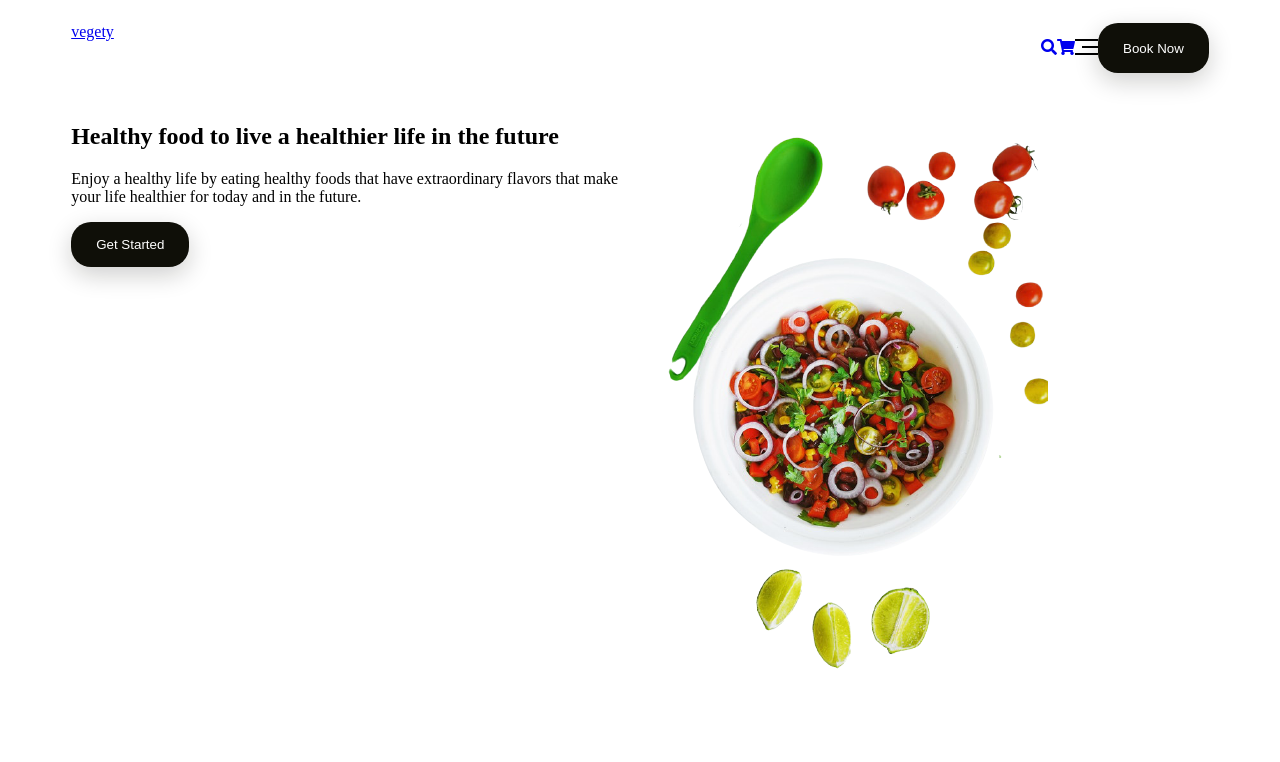
Repository: latenightsnacc/HTML-LESSONS
Page: WEB-DESIGN-2/PROJECTS/vegety-restaurant/index.html
These files come from the project's save history. The page is drawn as it stood at one moment and after the next save; the edit follows.
The browser window is 1280 px wide. The pictures show the part of the page from y = 0 to 762 px (the page is 1992 px tall before and 1839 px after).
A picture or video elsewhere on the page could not be fetched, so the positions and the page height are approximate.

Above is the page before, as saved 2021-07-15 15:30:37.

### WEB-DESIGN-2/PROJECTS/vegety-restaurant/index.html
<!DOCTYPE html>
<html lang="en">
<head>
    <meta charset="UTF-8">
    <meta http-equiv="X-UA-Compatible" content="IE=edge">
    <meta name="viewport" content="width=device-width, initial-scale=1.0">
    <!--Google Font: Noto Sans JP (w: 100,300, 500)-->
    <!--Font Awesome 5 CDN-->
    <link rel="stylesheet" href="https://cdnjs.cloudflare.com/ajax/libs/font-awesome/5.15.3/css/all.min.css" integrity="sha512-iBBXm8fW90+nuLcSKlbmrPcLa0OT92xO1BIsZ+ywDWZCvqsWgccV3gFoRBv0z+8dLJgyAHIhR35VZc2oM/gI1w==" crossorigin="anonymous" referrerpolicy="no-referrer" />
    <!--Custom CSS Stylesheet-->
    <link rel="stylesheet" href="stylesheets/stylesheet.css">
    <!--Page Title-->
    <title>Welcome to Vegety - Vegety Restaurant</title>
</head>
<body>
    <!--Header-->
    <header class="container">
        <!--Navigation Bar-->
        <nav class="nav-flex">
            <!--Logo-->
            <a href="index.html" class="logo">
                <div>vegety</div>
            </a>
            <!--Menu-->
            <div class="nav-menu">
                <!--Icon Menu-->
                <ul class="icon-menu">
                    <!--Search Icon-->
                    <li>
                        <a href="#">
                            <i class="fas fa-search"></i>
                        </a>
                    </li>
                    <!--Cart Icon-->
                    <li>
                        <a href="#">
                            <i class="fas fa-shopping-cart"></i>
                        </a>
                    </li>
                    <!--Menu Icon-->
                    <li>
                        <a href="#">
                            <div class="menu-icon">
                                <span class="longBar"></span>
                                <span class="shortBar"></span>
                                <span class="longBar"></span>
                            </div>
                        </a>
                    </li>

                </ul>
                <!--Booking Button-->
                <button class="btn navbar-btn">
                    book now
                </button>
            </div>
        </nav>
    </header>

    <!--Banner Section-->
    <section class="container">
        <!--Layout Row-->
        <div class="row">
            <!--Text Content-->
            <div class="col">
                <div class="textContent">
                    <!--H1 TEXT-->
                    <h1>Healthy food to live a healthier life in the future</h1>
                    <!--Intro Text-->
                    <p>Enjoy a healthy life by eating healthy foods that have extraordinary flavors that make your life healthier for today and in the future.</p>
                </div>
                <!--Get Started Button-->
                <button class="btn">get started</button>
            </div>
            <!--Image-->
            <div class="col">
                <div class="image">
                    <img src="assets/images/vegety-salad.png" alt="An image of Vegety Salad." title="Photo by Olenka Sergienko from Pexels">
                </div>
            </div>


        </div>
    </section>
    <!--Our Special Dish Section-->
    <section class="container">
        <!--Section Title-->
        <div class="center">
            <h2 class="section-title">our special dish</h2>
            <span class="section-subtitle">
                made with premium ingredients.
            </span>
        </div>
        <!--Section Content-->
        <div class="row">
            <!--Green Salad-->
            <div class="col">
                <div class="card">
                    <div class="card-img">
                        <a href="#">
                            <img src="assets/images/" alt="Vegety Green Salad">
                        </a>
                    </div>
                </div>
            </div>
            <!--Beef Salad-->
            <div class="col">
                <div class="card">
                    <div class="card-img">
                        <a href="#">
                            <img src="assets/images/" alt="Vegety Beef Salad">
                        </a>
                    </div>
                </div>
            </div>
            <!--Nut Salad-->
            <div class="col">
                <div class="card">
                    <div class="card-img">
                        <a href="#">
                            <img src="assets/images/" alt="Vegety Nut Salad">
                        </a>
                    </div>
                </div>
            </div>
        </div>
    </section>
    <!--Fresh Vegetables Everyday Section-->
    <section class="container">
        <!--Section Content-->
        <div class="row">
            <!--Image-->
            <div class="col">
                <img src="" alt="Lettuce">
            </div>
            <!--TextContent-->
            <div class="col">
                <!--Section Title-->
                <h2 class="section-title">fresh vegetables every day</h2>
                <!--Summary Text-->
                <p class="summary-text">we present various types of fresh vegetables and taken directly from the farmer's garden especially for you.</p>
                <!--Learn More Button-->
                <button class="btn">learn more</button>
            </div>
        </div>
    </section>
    <!--Our Popular Menu Section-->
    <section class="container">
        <!--Section Title-->
        <div class="center">
            <h2 class="section-title">our popular menu</h2>
            <span class="section-subtitle">
                made with premium ingredients.
            </span>
        </div>
        <!--Section Content-->
        <div class="row">
            <!--Chicken Salad with Avocado Toast-->
            <div class="col">
                <div class="menu-card">
                    <!--Image-->
                    <div class="menu-cardImg">
                        <span class="rating">
                            <i class="fas fa-star"></i> 4.5
                        </span>
                        <a href="#">
                            <img src="assets/images/" alt="Vegety Green Salad">
                        </a>
                    </div>
                    <!--Details-->
                    <div class="menu-cardDetails">
                        <!--Menu Card Title-->
                        <div class="menu-cardTitle">chicken salad with avocado toast</div>
                        <!--Menu Card Price-->
                        <div class="menu-cardPrice">
                            &dollar;10.50
                        </div>
                    </div>
                </div>
            </div>
            <!--Chicken Salad with Avocado Toast-->
            <div class="col">
                <div class="menu-card">
                    <!--Image-->
                    <div class="menu-cardImg">
                        <span class="rating">
                            <i class="fas fa-star"></i> 4.5
                        </span>
                        <a href="#">
                            <img src="assets/images/" alt="Vegety Green Salad">
                        </a>
                    </div>
                    <!--Details-->
                    <div class="menu-cardDetails">
                        <!--Menu Card Title-->
                        <div class="menu-cardTitle">chicken salad with avocado toast</div>
                        <!--Menu Card Price-->
                        <div class="menu-cardPrice">
                            &dollar;10.50
                        </div>
                    </div>
                </div>
            </div>
            <!--Chicken Salad with Avocado Toast-->
            <div class="col">
                <div class="menu-card">
                    <!--Image-->
                    <div class="menu-cardImg">
                        <span class="rating">
                            <i class="fas fa-star"></i> 4.5
                        </span>
                        <a href="#">
                            <img src="assets/images/" alt="Vegety Green Salad">
                        </a>
                    </div>
                    <!--Details-->
                    <div class="menu-cardDetails">
                        <!--Menu Card Title-->
                        <div class="menu-cardTitle">chicken salad with avocado toast</div>
                        <!--Menu Card Price-->
                        <div class="menu-cardPrice">
                            &dollar;10.50
                        </div>
                    </div>
                </div>
            </div>
        </div>
        <!--Load more button-->
        <div class="center">
            <button class="btn">load more menu</button>
        </div>
    </section>
    <!--Chef Section-->
    <section class="container"></section>
    <!--Testimonial Section-->
    <section class="container"></section>
    <!--Newsletter Section-->
    <section class="container"></section>
    <!--Footer-->
    <footer class="container"></footer>
</body>
</html>

### WEB-DESIGN-2/PROJECTS/vegety-restaurant/stylesheets/stylesheet.css

:root {
    --btn-bg-color: #0f0f08;
    --page-bg-color: #f7faf8;
    --primary-color: #58917c;
    --grey: #ababab;
    --white: #fff;
    --boxShadow:  rgba(15, 15, 8, 0.2) 0px 8px 24px;
}
.container {
    padding: 15px 5%;
    margin: auto;
}

/* Display Flex */
.nav-flex, .nav-menu, .icon-menu, .menu-icon, .row {
    display: flex;
}

/* Navigation Bar */
.nav-flex {
    justify-content: space-between;
}

/* Icon Menu */
.icon-menu {
    list-style: none;
}

/* Menu Icon */
.menu-icon {
    flex-direction: column;
    align-items: flex-end;
}
.menu-icon  .longBar, .menu-icon  .shortBar {
    border: 1px solid black;
}
.menu-icon  .longBar {
    width: 21px;

}
.menu-icon  .shortBar {
    width: 14px;
    margin: 5px 0px;
}

/* Rows and Columns */
.col {
    flex: 1;
}

/* Buttons  */
.btn {
    padding: 15px 25px;
    background-color: var(--btn-bg-color);
    color: var(--white);
    text-transform: capitalize;
    border: none;
    border-radius: 20px;
    box-shadow: var(--boxShadow);

}

After the next save:
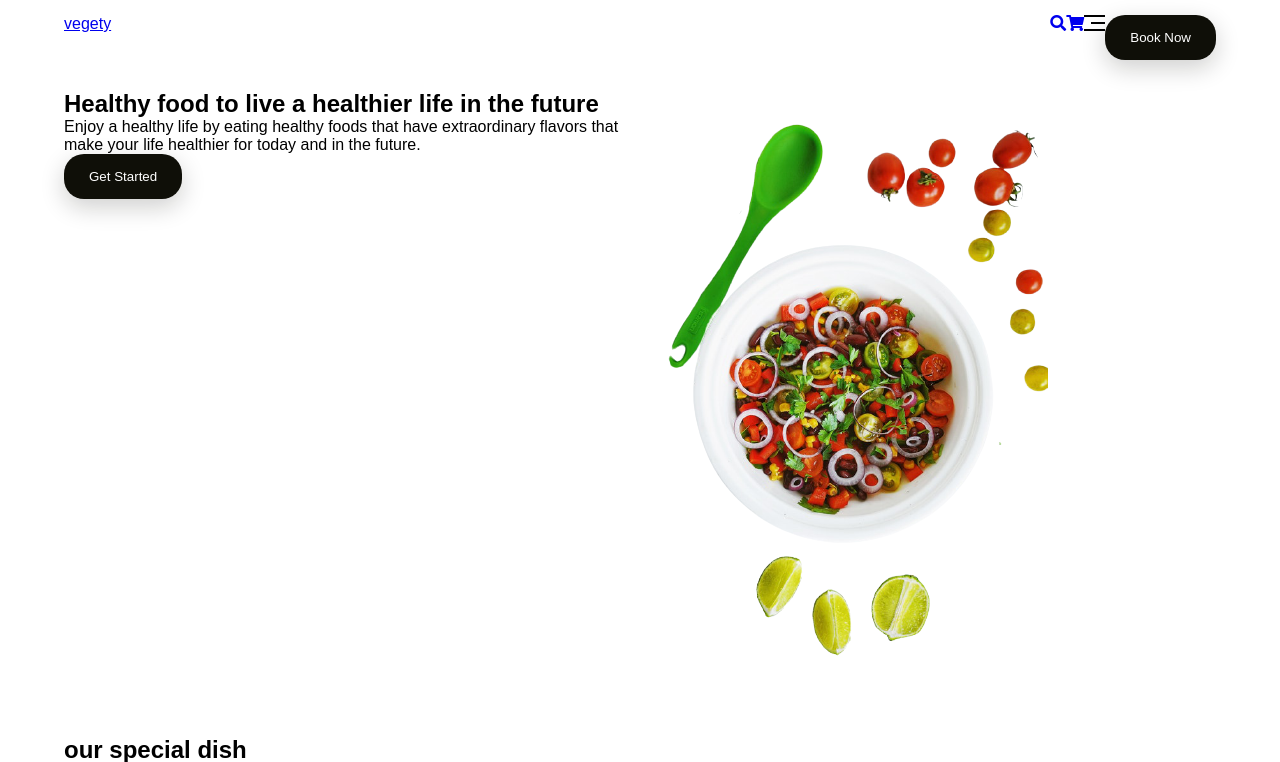
Saved 55 s later.
--- a/WEB-DESIGN-2/PROJECTS/vegety-restaurant/stylesheets/stylesheet.css
+++ b/WEB-DESIGN-2/PROJECTS/vegety-restaurant/stylesheets/stylesheet.css
@@ -1,4 +1,10 @@
 
+*{
+    margin: 0px;
+    padding: 0px;
+    box-sizing: border-box;
+    font-family: 'Noto Sans JP', sans-serif;
+}
 :root {
     --btn-bg-color: #0f0f08;
     --page-bg-color: #f7faf8;
